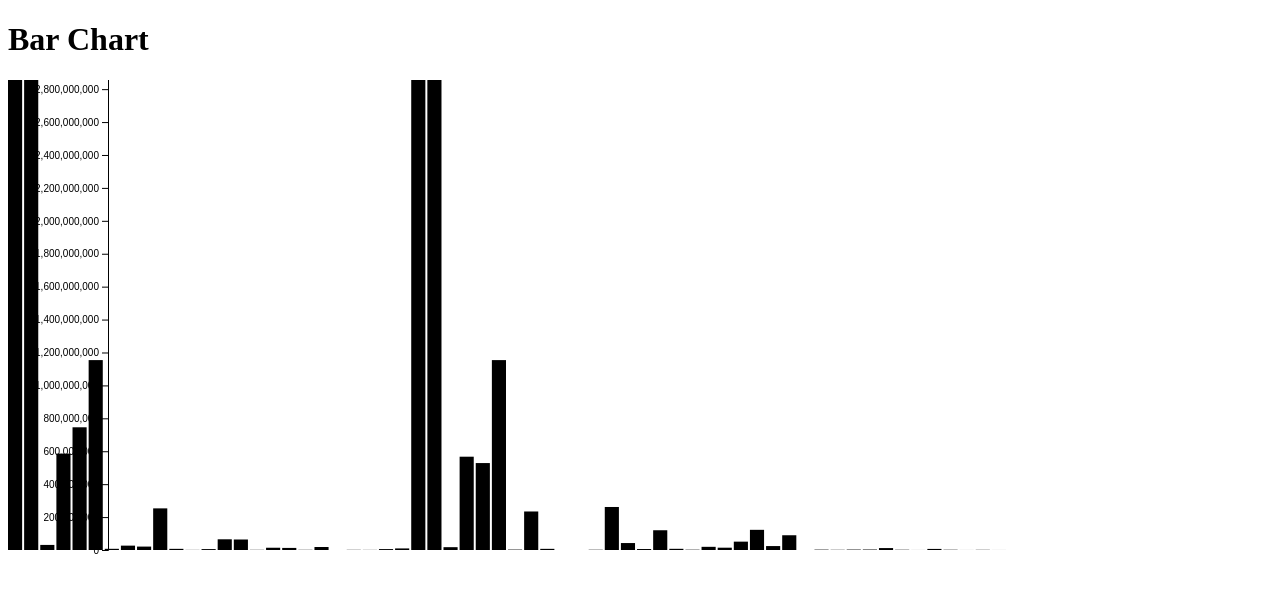
Repository: komalharjani/d3js-visualisation
Page: index.html
These files come from the project's save history. The page is drawn as it stood at one moment and after the next save; the edit follows.
The browser window is 1280 px wide. The pictures show the whole page.

Above is the page before, as saved 2020-04-29 18:25:48.

After the next save:
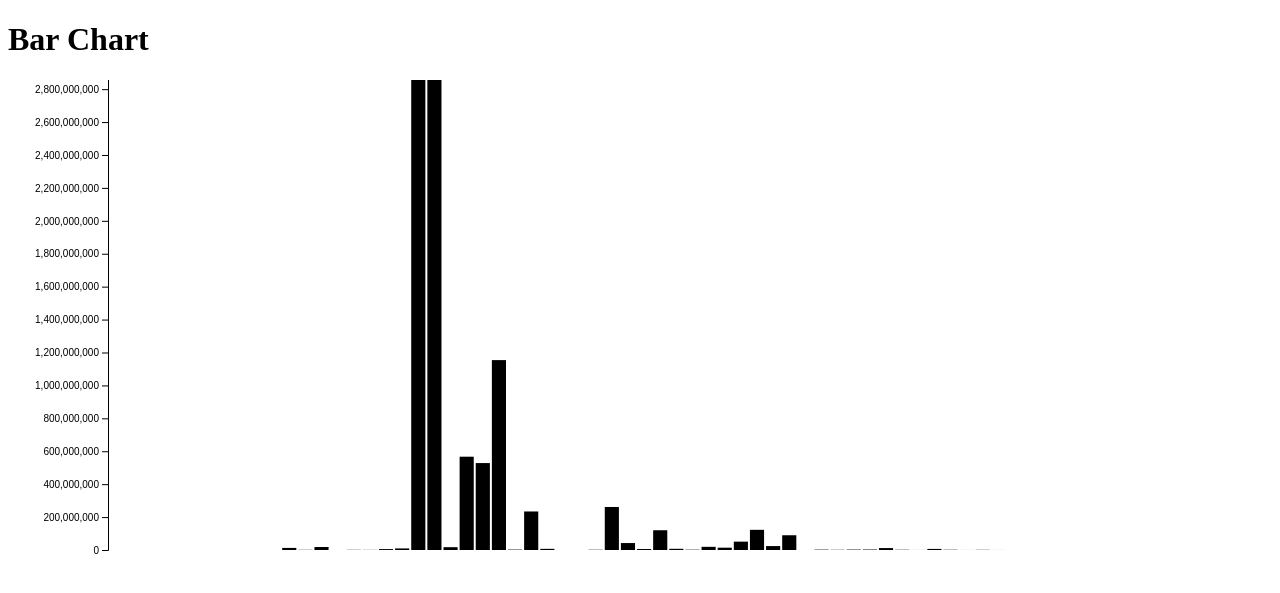
Saved 5 s later.
--- a/index.js
+++ b/index.js
@@ -65,7 +65,7 @@
                 //         .call(x_axis)
 
                 //Barchart
-                svg.selectAll("body") //add rectangles to all data
+                svg.selectAll("g") //add rectangles to all data
                         .data(finals) //provide finals as dataset
                         .enter()
                         .append("rect")

After the save that followed:
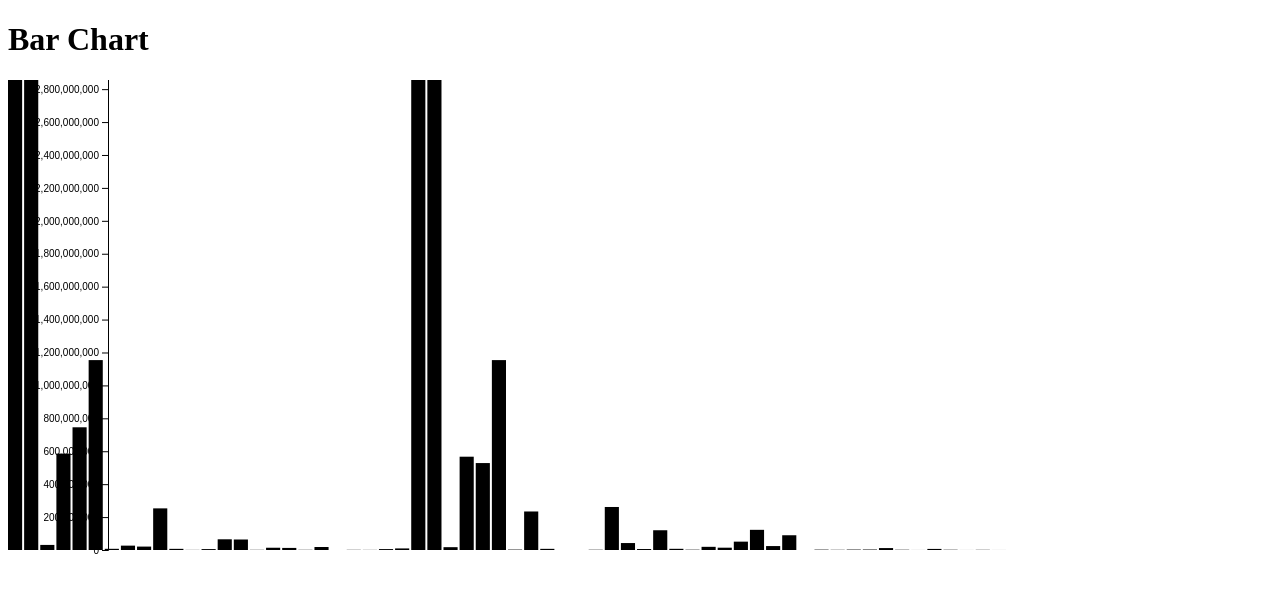
Saved 14 s later.
--- a/index.js
+++ b/index.js
@@ -65,7 +65,7 @@
                 //         .call(x_axis)
 
                 //Barchart
-                svg.selectAll("g") //add rectangles to all data
+                svg.selectAll("body") //add rectangles to all data
                         .data(finals) //provide finals as dataset
                         .enter()
                         .append("rect")
